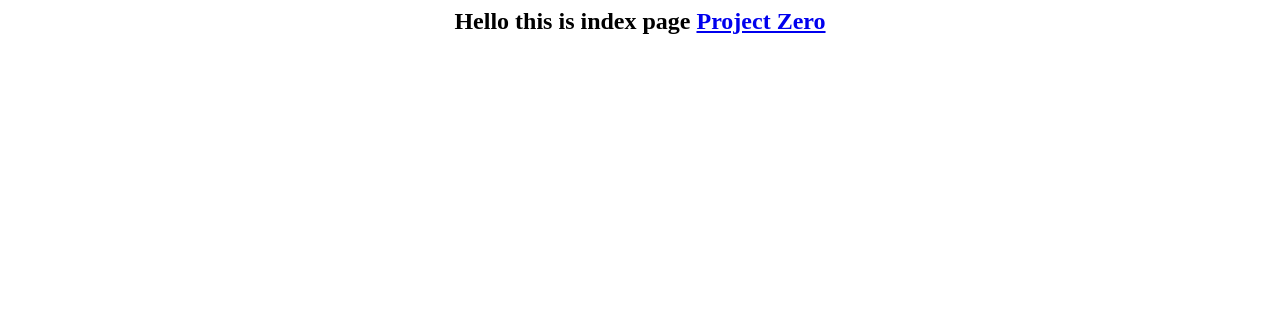
Repository: namanmeena05/Spring
Page: http://localhost/springMVC/
The author's editor kept a copy of each file at every save. The page is drawn from the files as they stood at one save, then again after the next save.
The browser window is 1280 px wide. The pictures show the whole page.
The page is served by Tomcat 9. Other server files are loaded and not shown.

Above is the page before, as saved 2023-12-13 02:52:58.

### SpringCoreWorkspace/springMVC/src/main/webapp/index.jsp
<html>
<body>
<h2 align="center">Hello this is index page

<a href="Welcome">Project Zero</a>
</h2>

</body>
</html>

After the next save:
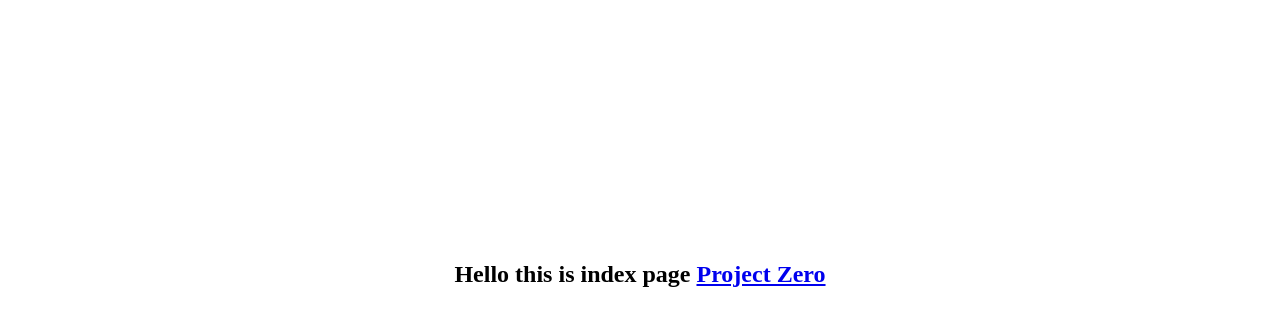
Saved 50 s later.
--- a/SpringCoreWorkspace/springMVC/src/main/webapp/index.jsp
+++ b/SpringCoreWorkspace/springMVC/src/main/webapp/index.jsp
@@ -1,6 +1,6 @@
 <html>
 <body>
-<h2 align="center">Hello this is index page
+<h2 align="center" style="padding-top: 20%">Hello this is index page
 
 <a href="Welcome">Project Zero</a>
 </h2>
